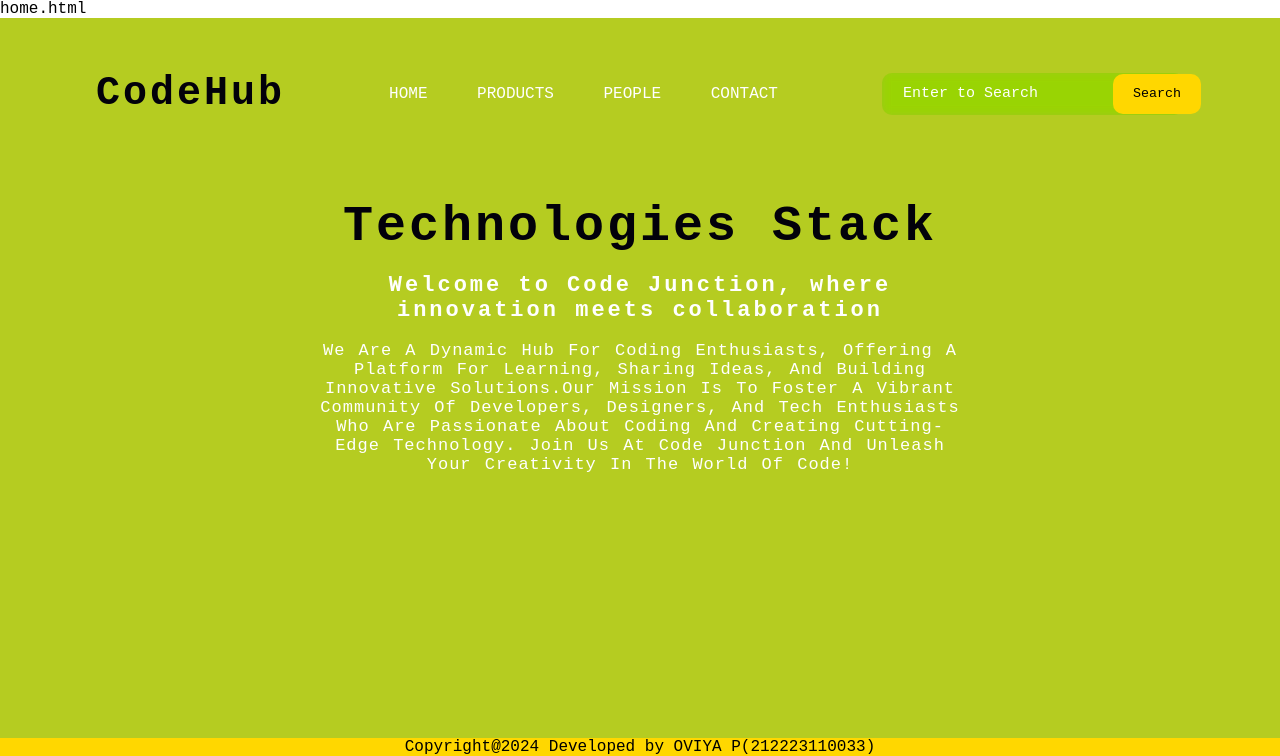
Repository: Oviya24032K6/softweb
Page: oviya/softapp/static/home.html
These files come from the project's save history. The page is drawn as it stood at one moment and after a run of saves; the edit follows.
The browser window is 1280 px wide. The pictures show the whole page.

Above is the page before, as saved 2024-04-25 22:32:27.

### oviya/softapp/static/home.html
home.html

<html>
    <head>
        <meta name="viewport" content="width=device-width, initial-scale=1.0">
        <title>CodeCraft</title>
        <style type="text/css">
            * {
                margin: 0;
                padding: 0;
                font-family: 'Courier New', Courier, monospace;
                        }
            .banner {
                width: 100%;
                height: 100vh;
                background-size: cover;
                background-position: center;
		background-color:rgb(181, 204, 33);
            }
            .navbar {
                width: 85%;
                margin: auto;
                padding: 35px 0;
                display: flex;
                align-items: center;
                justify-content: space-between;
            }
            .logo {
                color:rgb(4, 1, 14);
                font-size: 40px;
                font-weight: 700;
                letter-spacing: 3px;
            }
            span {
                color: rgb(2, 1, 10);
            }
            form {
                width: 300px;
                height: 40px;
                display: flex;
                background: rgba(68, 190, 16, 0.2);
                padding: 1px 1px;
                font-size: 15px;
                border-radius: 10px;
                backdrop-filter: blur(4px) saturate(180%);
            }
            form input {
                background: transparent;
                flex: 1;
                border: 0;
                outline: none;
                padding: 12px 20px;
                font-size: 15px;
                color: white;
            }
            ::placeholder {
                color: white;
            }
            form button {
                border: 0;
                outline: none;
                padding: 5px 20px;
                color:black;
                border-radius: 10px;
                background:gold;
                cursor: pointer;
            }
            .navbar li {
                list-style: none;
                display: inline-block;
                margin: 0 20px;
                position: relative;
            }
            .navbar li a {
                text-decoration: none;
                color: white;
                text-transform: uppercase;
            }
            .navbar li:hover {
                border: 1px;
                padding: 10px;
                color: white;
                background-color:gold;
                transition: 0.5s;
                cursor: pointer;
                border-radius: 30px;
            }
            .content {
                position: absolute;
                top: 50%;
                left: 50%;
                transform: translate(-50%,-50%);
                text-align: center;
            }
            .text h2 {
                color: yellow;
                font-weight: 800;
                font-size: 50px;
                letter-spacing: 3px;
            }
	    .text h3 {
                color: white;
                font-weight: 800;
                font-size: 22px;
                letter-spacing: 3px;
            }

            .text p {
                color: white;
                text-transform: capitalize;
                font-size: 17px;
                margin-bottom: 30px;
                word-spacing: 2px;
                letter-spacing: 1px;

            }
                footer {
                background-color: gold;
                margin-top: auto;
            }
        </style>
    </head>
<body>
    <div class="banner">
        <br>
        <div class="navbar">
            <h1 class="logo"><span>CodeHub</span></h1>
            <ul>
                <li><a href="home.html"> Home </a></li>
                <li><a href="Product.html"> Products </a></li>
                <li><a href="person.html"> People </a></li>
                <li><a href="contact.html"> Contact </a></li>
            </ul>
            <form action="" method="get">
                <input type="text" placeholder="Enter to Search">
                <button type="submit"> Search </button>
            </form>
        </div>
        <div class="content">
            <div class="text">
                <h2><span> Technologies Stack </span></h2>
                <br>
		<h3>Welcome to Code Junction, where innovation meets collaboration</h3>
		<br>
                <p>We are a dynamic hub for coding enthusiasts, offering a platform for learning, sharing ideas, and building innovative solutions.Our mission is to foster a vibrant community of developers, designers, and tech enthusiasts who are passionate about coding and creating cutting-edge technology. Join us at Code Junction and unleash your creativity in the world of code!</p>
                <br>

            </div>
        </div>
    </div>
    <footer>
        <center> Copyright@2024 Developed by OVIYA P(212223110033)</center>
    </footer>
</body>
</html>

After the next 3 saves:
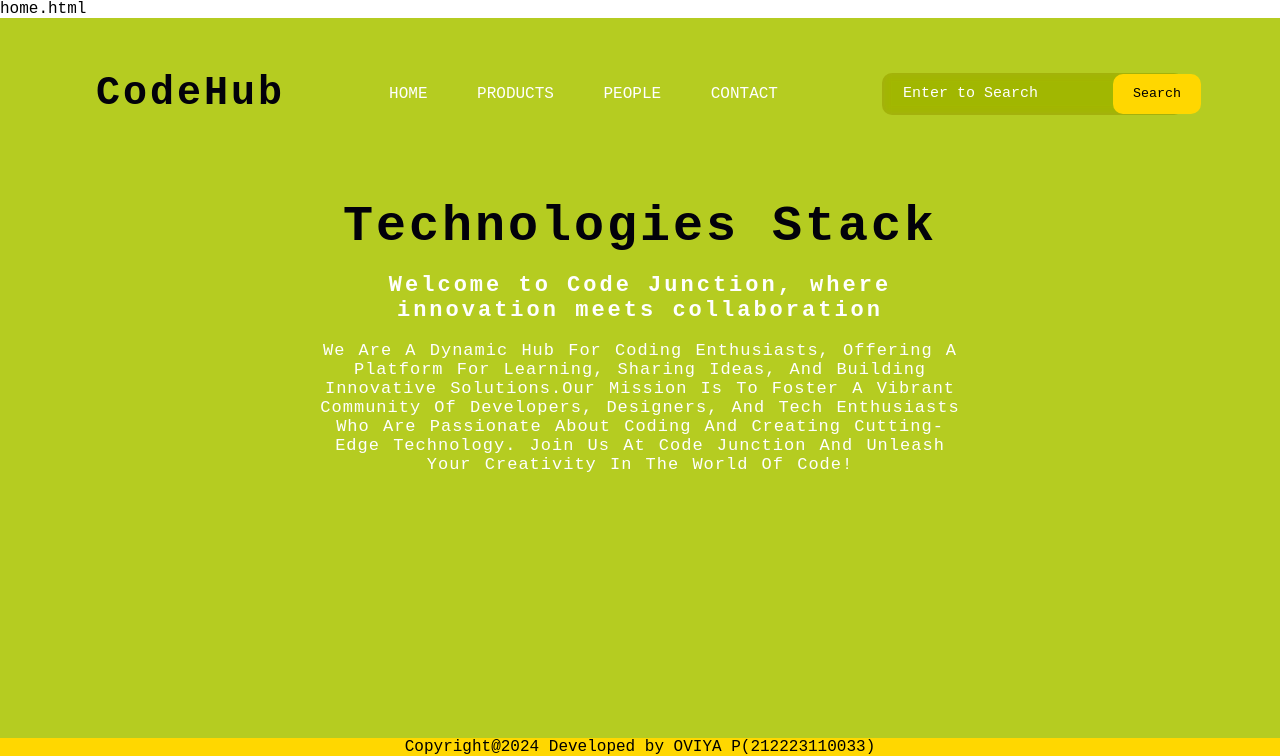
The 3 saves are shown as one change because they came seconds apart.
The last was saved 10 s later.
--- a/oviya/softapp/static/home.html
+++ b/oviya/softapp/static/home.html
@@ -38,7 +38,7 @@ home.html
                 width: 300px;
                 height: 40px;
                 display: flex;
-                background: rgba(68, 190, 16, 0.2);
+                background: rgba(107, 47, 7, 0.2);
                 padding: 1px 1px;
                 font-size: 15px;
                 border-radius: 10px;
